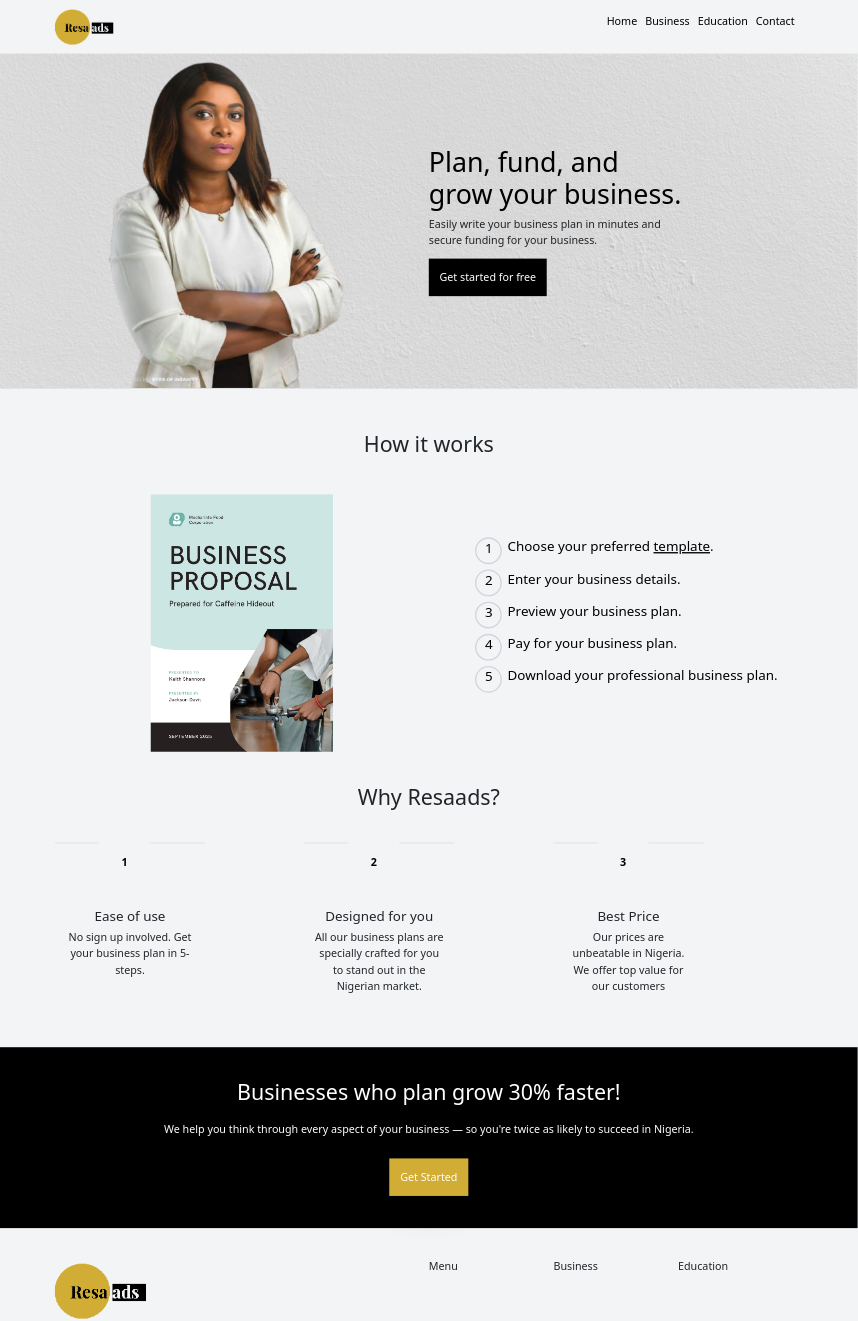
Repository: latenightsnacc/resaads-consults
Page: index.html
These files come from the project's save history. The page is drawn as it stood at one moment and after the next save; the edit follows.
The browser window is 1280 px wide. The pictures show the whole page, at 67% of full size.
Some web libraries are served in a nearby version.

Above is the page before, as saved 2021-08-05 13:07:00.

### index.html
<!DOCTYPE html>
<html lang="en">
<head>
    <meta charset="UTF-8">
    <meta http-equiv="X-UA-Compatible" content="IE=edge">
    <meta name="viewport" content="width=device-width, initial-scale=1.0">
    <!--Tailwind Css-->
    <link href="https://unpkg.com/tailwindcss@^2/dist/tailwind.min.css" rel="stylesheet">
    <!--Bootstrap CSS-->
    <link href="https://cdn.jsdelivr.net/npm/bootstrap@5.0.0-beta3/dist/css/bootstrap.min.css" rel="stylesheet" integrity="sha384-eOJMYsd53ii+scO/bJGFsiCZc+5NDVN2yr8+0RDqr0Ql0h+rP48ckxlpbzKgwra6" crossorigin="anonymous">
    <!--Font Awesome 5 CDN-->
    <link href="https://cdnjs.cloudflare.com/ajax/libs/font-awesome/5.13.0/css/all.min.css" rel="stylesheet">
    <!--Material Icons-->
    <link href="https://fonts.googleapis.com/css?family=Material+Icons|Material+Icons+Outlined|Material+Icons+Two+Tone|Material+Icons+Round|Material+Icons+Sharp" rel="stylesheet">
    <!--Google Font-->
    <link rel="preconnect" href="https://fonts.gstatic.com">
    <link href="https://fonts.googleapis.com/css2?family=Archivo:wght@400;700&display=swap" rel="stylesheet">
    <!--Page Title-->
    <title>Resaads Consults</title>

    <style>
        .primary-bg {
            background-color: #d2ad35 ;
        }
        a.primary:hover {
            color: #d2ad35;
            font-weight: 500;
        }
        .border-yellow-800 {
            border-color: #d2ad35 !important;
        }
        #banner {
            background-image: url('assets/images/pexels-lorenzo-242236.jpg');
            background-size: cover;
        }

    </style>
</head>
<body class="bg-gray-100">
    <header class="container">
        <nav class="flex flex-row h-20 w-full justify-between items-center">
            <a href="index.html" class="w-24">
                <img src="assets/logos/Logo-150px-removebg-preview.png" alt="" class="w-full">
            </a>
            <ul class="flex flex-row">
                <li class="mr-3">
                    <a href="index.html" class="text-black no-underline primary">Home</a>
                </li>
                <li class="mr-3">
                    <a href="" class=" text-black no-underline primary">Business</a>
                </li>
                <li class="mr-3">
                    <a href="" class=" text-black no-underline primary">Education</a>
                </li>
                <li class="mr-3">
                    <a href="" class="text-black no-underline primary">Contact</a>
                </li>
            </ul>
        </nav>
    </header>
    <main>
        <section id="banner">
            <div class="container">
                <div class="flex flex-row">
                    <div class="w-1/2">
                        <img src="assets/images/Front-Banner-removebg-preview.png" alt="">
                    </div>
                    <div class="w-1/2 flex flex-col justify-center items-start">
                        <h1 class="text-black fontbold">
                            Plan, fund, and
                            <br/><span>grow your business.</span>
                        </h1>
                        <p>Easily write your business plan in minutes and <br/>secure funding for your business. </p>
                        <a href="#" class="">
                            <button class="bg-black text-white p-3">Get started for free</button>
                        </a>
                    </div>
                </div>
            </div>
        </section>
        <!--Spacer-->
        <div class="my-5"></div>
        <section id="how-it-works">
            <div class="container">
                <h2 class="text-center pt-3 pb-5">How it works</h2>
                <div class="flex flex-row">
                    <div class="w-1/2">
                        <div class="flex justify-center h-96">
                            <img class="h-full" src="assets/images/Businessplan.png" alt="">
                        </div>

                    </div>
                    <div class="w-1/2 ">
                        <div class="flex h-full flex-col items-center justify-center">
                            <ol class="text-xl">
                                <li class="mb-2 text-black flex flex-row group">
                                    <span class="d-block w-10 h-10 border-gray-300 border-2 rounded-full text-center pb-3 mr-2 group-hover:border-yellow-800">1</span><span>Choose your preferred <a href="#" class="text-black primary">template</a>.</span>
                                </li>
                                <li class="mb-2 text-black flex flex-row group">
                                    <span class="d-block w-10 h-10 border-gray-300 border-2 rounded-full text-center pb-3 mr-2 group-hover:border-yellow-800">2</span><span>Enter your business details.</span>
                                </li>
                                <li class="mb-2 text-black flex flex-row group">
                                    <span class="d-block w-10 h-10 border-gray-300 border-2 rounded-full text-center pb-3 mr-2 group-hover:border-yellow-800">3</span><span>Preview your business plan.</span>
                                </li>
                                <li class="mb-2 text-black flex flex-row group">
                                    <span class="d-block w-10 h-10 border-gray-300 border-2 rounded-full text-center pb-3 mr-2 group-hover:border-yellow-800">4</span><span>Pay for your business plan.</span>
                                </li>
                                <li class="mb-2 text-black flex flex-row group">
                                    <span class="d-block w-10 h-10 border-gray-300 border-2 rounded-full text-center pb-3 mr-2 group-hover:border-yellow-800">5</span><span>Download your professional business plan.</span>
                                </li>

                            </ol>
                        </div>
                    </div>
                </div>
            </div>
        </section>
        <!--Spacer-->
        <div class="my-5"></div>
        <section id="why-resaads">
            <div class="container">
                <h2 class="text-center mb-5">Why Resaads?</h2>
                <div class="flex flex-row mx-auto">
                    <div class="w-1/3">
                        <div class="relative w-56  hover:shadow-2xl border-t-2 border-t-gray-300 p-3">
                            <div class="absolute left-14 -top-5">
                                <div class="flex flex-row justify-center items-center bg-gray-100 rounded-full w-24 h-24">
                                    <div class="text-black font-black">1</div>
                                </div>
                            </div>
                            <div class="text-center">
                                <h5 class="mt-20">Ease of use</h5>
                                <p>No sign up involved. Get your business plan in 5-steps.</p>
                            </div>
                        </div>
                    </div>
                    <div class="w-1/3">
                        <div class="relative w-56  hover:shadow-2xl border-t-2 border-t-gray-300 p-3">
                            <div class="absolute left-14 -top-5">
                                <div class="flex flex-row justify-center items-center bg-gray-100 rounded-full w-24 h-24">
                                    <div class="text-black font-black">2</div>
                                </div>
                            </div>
                            <div class="text-center">
                                <h5 class="mt-20">Designed for you</h5>
                                <p>All our business plans are specially crafted for you to stand out in the Nigerian market.</p>
                            </div>
                        </div>
                    </div>
                    <div class="w-1/3">
                        <div class="relative w-56  hover:shadow-2xl border-t-2 border-t-gray-300 p-3">
                            <div class="absolute left-14 -top-5">
                                <div class="flex flex-row justify-center items-center bg-gray-100 rounded-full w-24 h-24">
                                    <div class="text-black font-black">3</div>
                                </div>
                            </div>
                            <div class="text-center">
                                <h5 class="mt-20">Best Price</h5>
                                <p>Our prices are unbeatable in Nigeria. We offer top value for our customers</p>
                            </div>
                        </div>
                    </div>
                </div>
            </div>
        </section>
        <!--Spacer-->
        <div class="my-5"></div>
        <section class="bg-black text-white py-5">
            <div class="container">
                <h2 class="text-center">Businesses who plan grow 30% faster!</h2>
                <div class="flex flex-col items-center">
                    <p class="text-center py-3">We help you think through every aspect of your business — so you're twice as likely to succeed in Nigeria.</p>
                    <a href="#" class="">
                        <button class="primary-bg text-white p-3 shadow-2xl">Get Started</button>
                    </a>
                </div>
            </div>
        </section>
    </main>
    <!--Spacer-->
    <div class="my-5"></div>
    <footer>
        <div class="container">
            <div class="flex flex-row items-start">
                <div class="w-1/2">
                    <a href="index.html" class="w-24">
                        <img src="assets/logos/Logo-150px-removebg-preview.png" alt="" class="" data-title="Photo by Kampus Production from Pexels">
                    </a>
                </div>
                <div class="w-1/2">
                    <div class="flex flex-row">
                        <div class="w-1/3">
                            <h6>Menu</h6>
                        </div>
                        <div class="w-1/3">
                            <h6>Business</h6>
                        </div>
                        <div class="w-1/3">
                            <h6>Education</h6>
                        </div>
                    </div>
                </div>
            </div>
        </div>
    </footer>
</body>
</html>

After the next save:
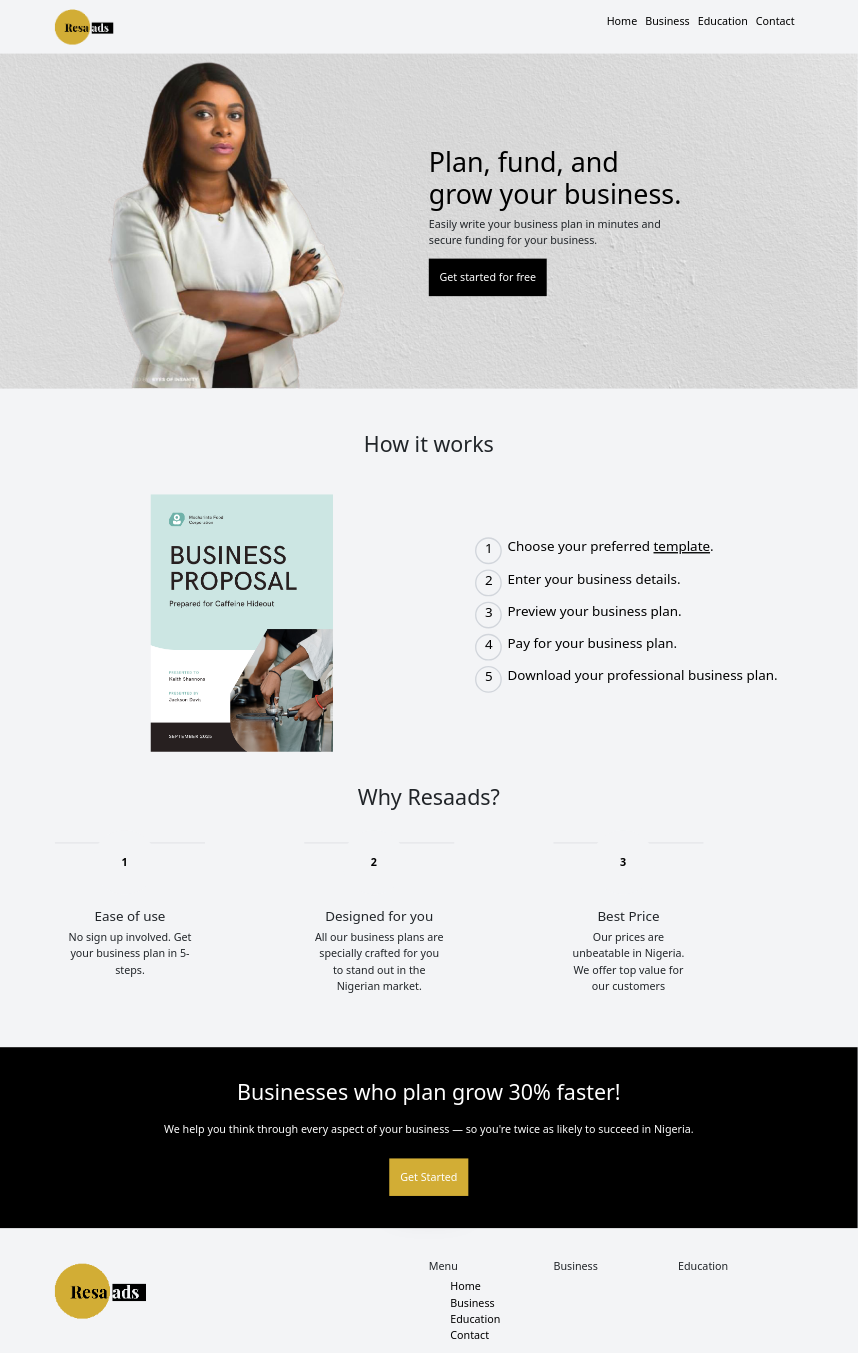
Saved 73 s later.
--- a/index.html
+++ b/index.html
@@ -191,6 +191,20 @@
                     <div class="flex flex-row">
                         <div class="w-1/3">
                             <h6>Menu</h6>
+                            <ul>
+                                <li>
+                                    <a href="index.html" class="text-black no-underline primary">Home</a>
+                                </li>
+                                <li>
+                                    <a href="index.html" class="text-black no-underline primary">Business</a>
+                                </li>
+                                <li>
+                                    <a href="index.html" class="text-black no-underline primary">Education</a>
+                                </li>
+                                <li>
+                                    <a href="index.html" class="text-black no-underline primary">Contact</a>
+                                </li>
+                            </ul>
                         </div>
                         <div class="w-1/3">
                             <h6>Business</h6>
